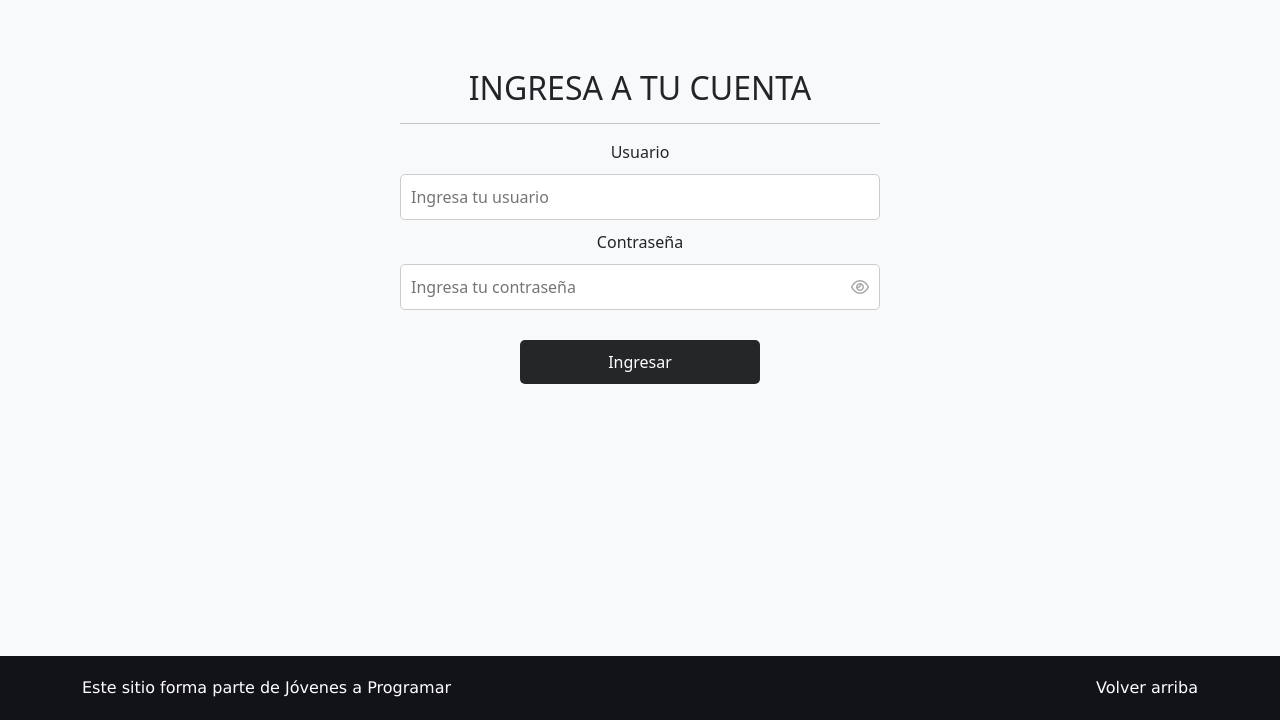
Repository: naticab/proyecto-dw
Page: login.html
These files come from the project's save history. The page is drawn as it stood at one moment and after the next save; the edit follows.
The browser window is 1280 px wide. The pictures show the whole page.
Some web fonts or font styles are not loaded; a fallback is used.

Above is the page before, as saved 2024-09-15 14:20:24.

### login.html
<!DOCTYPE html>
<html lang="es">

<head>
  <meta charset="UTF-8">
  <meta name="viewport" content="width=device-width, initial-scale=1, shrink-to-fit=no">
  <title>eMercado - Todo lo que busques está aquí</title>

  <link href="https://fonts.googleapis.com/css?family=Raleway:300,300i,400,400i,700,700i,900,900i" rel="stylesheet">
  <link href="css/bootstrap.min.css" rel="stylesheet">
  <link href="https://cdn.jsdelivr.net/npm/bootstrap@5.3.0/dist/css/bootstrap.min.css" rel="stylesheet">
  <link href="https://cdn.jsdelivr.net/npm/@fortawesome/fontawesome-free/css/all.min.css" rel="stylesheet">
  <link href="css/styles.css" rel="stylesheet" type="text/css">
  <link rel="stylesheet" href="css/login.css" type="text/css">
  <link href="css/header-and-footer.css" rel="stylesheet">
  <link href="https://fonts.googleapis.com/css2?family=Love+Ya+Like+A+Sister&display=swap" rel="stylesheet">
</head>

<body>

  <main>
    <div class="login-container">
      <h2>INGRESA A TU CUENTA</h2>
      <hr>
      <label for="username">Usuario</label>
      <input type="text" id="username" name="username" placeholder="Ingresa tu usuario">

      <label for="password">Contraseña</label>
      <div class="password-container">
        <input type="password" id="password" name="password" placeholder="Ingresa tu contraseña">
        <i class="far fa-eye" id="togglePassword"></i>
      </div>

      <button type="submit" id="button">Ingresar</button>
    </div>
  </main>

  <footer class="text-center py-2">
    <div class="container">
      <div class="footer-content">
        <p class="footer-text">Este sitio forma parte de <a class="footer-link" href="https://jovenesaprogramar.edu.uy/"
            target="_blank">Jóvenes a Programar</a></p>
        <p class="footer-link-end">
          <a class="footer-link" href="#">Volver arriba</a>
        </p>
      </div>
    </div>
  </footer>

  <script src="js/login.js"></script>
  <script src="js/header-and-footer.js"></script>
</body>

</html>

### css/styles.css
.jumbotron,
.card-body,
.container,
.site-header {
  font-family: 'Verdana', serif !important;
}

.jumbotron .display-4 {
  font-weight: bold;
}

nav a {
  text-decoration: none;
}

.bd-placeholder-img {
  font-size: 1.125rem;
  text-anchor: middle;
  -webkit-user-select: none;
  -moz-user-select: none;
  -ms-user-select: none;
  user-select: none;
}

@media (min-width: 768px) {
  .bd-placeholder-img-lg {
    font-size: 3.5rem;
  }
}

.jumbotron {
  height: 50vh;
  padding: 5em inherit;
  margin-bottom: 0;
  background-color: #53C0FB;
  background: url('../img/cover_back.png');
  background-size: cover;
  background-position: center;
  background-repeat: no-repeat;
  color: black;
  font-weight: bold;
}

@media (min-width: 768px) {
  .jumbotron {
    padding-top: 6rem;
    padding-bottom: 6rem;
  }
}

.jumbotron p:last-child {
  margin-bottom: 0;
}

.jumbotron-heading {
  font-weight: 300;
}

.jumbotron .container {
  max-width: 40rem;
  background-color: rgba(255, 255, 255, 0.5);
  border-radius: 10px;
  text-shadow: 1px 1px 2px grey;
}

.jumbotron .lead {
  font-size: 38px;
}

.dropzone {
  border: 2px dashed #0087F7;
  border-radius: 5px;
  background: white;
}

.img-fit {
  max-height: 100%;
}

.alert {
  position: fixed;
  top: 80px;
  width: 50%;
  left: 50%;
  transform: translate(-50%, 0);
}

.lds-ring {
  display: inline-block;
  position: relative;
  width: 64px;
  height: 64px;
  top: 50%;
  left: 50%;
}

.cursor-active {
  cursor: pointer;
}

.left {
  float: left;
  padding: 4px;
  background-color: rgba(255, 255, 255, 0.5);
}

.lds-ring div {
  box-sizing: border-box;
  display: block;
  position: absolute;
  width: 51px;
  height: 51px;
  margin: 6px;
  border: 6px solid #fff;
  border-radius: 50%;
  animation: lds-ring 1.2s cubic-bezier(0.5, 0, 0.5, 1) infinite;
  border-color: #fff transparent transparent transparent;
}

.lds-ring div:nth-child(1) {
  animation-delay: -0.45s;
}

.lds-ring div:nth-child(2) {
  animation-delay: -0.3s;
}

.lds-ring div:nth-child(3) {
  animation-delay: -0.15s;
}

@keyframes lds-ring {
  0% {
    transform: rotate(0deg);
  }

  100% {
    transform: rotate(360deg);
  }
}

.signin {
  width: 100%;
  max-width: 330px;
  padding: 15px;
  margin: auto;
}

#spinner-wrapper {
  position: fixed;
  background-color: rgba(0, 0, 0, 0.5);
  width: 100%;
  height: 100%;
  top: 0;
  left: 0;
  z-index: 1021;
  display: none;
}

main {
  min-height: calc(100vh - 210px);
}

a.custom-card,
a.custom-card:hover {
  color: inherit;
  text-decoration: inherit;
}

.checked {
  color: orange;
}

### css/login.css
body {
    display: flex;
    flex-direction: column;
    justify-content: center;
    align-items: center;
    height: 90vh;
    background-color: #f8f9fa;
    text-align: center;
}

.login-container {
    width: 30em;
}

input {
    width: 100%;
    padding: 10px;
    margin: 10px 0;
    border-radius: 5px;
    border: 1px solid #ccc;
}

.password-container {
    position: relative;
}

.password-container i {
    position: absolute;
    right: 10px;
    top: 50%;
    transform: translateY(-50%);
    cursor: pointer;
    color: #aaa;
}

button {
    width: 50%;
    padding: 10px;
    margin-top: 20px;
    border: none;
    border-radius: 5px;
    background-color: #252628;
    color: white;
    cursor: pointer;
}

button:hover {
    background-color: #3f3f3f;
}

footer {
    position: fixed;
    bottom: 0;
    left: 0;
    width: 100%;
    padding-top: 1rem;
    padding-bottom: 1rem;
    background-color: #f8f9fa;
    text-align: center;
}

@media (max-width: 768px) {
    .login-container {
        width: 25em;
    }
}

@media (max-width: 576px) {

    body {
        background-color: #AAA8A4;
    }

    .login-container {
        width: 20em;
        padding: 15px;
    }

    button {
        width: 50%;
    }

    input {
        margin: 5px 0;
    }

    footer {
        visibility: hidden;
    }
}

### css/header-and-footer.css
header {
    background: #121219;
    color: #fff;
    position: relative;
}

h1 {
    font-family: "Love Ya Like A Sister", cursive;

}

a.nav-link {
    color: #f1f1f1;
}

a.nav-link:hover {
    color: #9b9a9b;
    transition: color 0.3s, text-shadow 0.3s;
    transform: scale(1.05);
}

/* Espaciado entre los elementos del menú */
.navbar-nav .nav-item {
    margin-right: 40px;
}

.navbar-nav .nav-item:last-child {
    margin-right: 0; /* Quitar margen derecho al último elemento */
}

#user-name.nav-link {
    color: #f1f1f1;
}

#user-name.nav-link:hover {
    color: #9b9a9b;
    transform: scale(1.05);
    transition: color 0.3s, text-shadow 0.3s;
}

.navbar-collapse {
    justify-content: flex-end;
}

.navbar-toggler:hover {
    cursor: pointer;
}

@media (max-width: 995px) {

    .navbar-collapse {
        display: none;
        position: absolute;
        top: 100%;
        left: -40px;
        width: 240%;
        z-index: 999;
        flex-direction: column-reverse;
        align-items: center;
justify-content: center;    }

    .navbar-collapse.show {
        display: flex;
    }

    .navbar-nav {
        background: #121219;
        color: #fff;
        padding: 1.5rem;
        border-radius: 0 0 100px 100px;
        font-weight: bold;
        text-align: center;
        display: flex;
        justify-content: center; /* Centra horizontalmente todos los li */
        align-items: center; /* Centra verticalmente los li */
        width: 100%;
    }

    .navbar-toggler-icon {
        background-image: url('data:[embedded picture, 238 characters]');
        filter: brightness(0) invert(1); /* Cambia el icono a blanco */
    }


    .navbar-nav:hover {
        cursor: pointer;
    }

    a.nav-link:hover {
        color: #9b9a9b;
        transition: color 0.3s, text-shadow 0.3s;
        transform: scale(1.05);
    }

    .navbar-nav .nav-item {
        margin: 10px 0;
    }
}


footer {
    background: #121219;
    color: #fff;
    min-height: 4rem;
    display: flex;
    justify-content: center;
    align-items: center;
    padding: 0 1rem; /* Ajusta el padding si es necesario */
}

.container {
    width: 100%;
}

.footer-content {
    display: flex;
    justify-content: space-between;
    width: 100%;
    align-items: center;
}

.footer-text {
    margin: 0;
    text-align: center;
}

.footer-link-end {
    margin: 0;
    text-align: right;
}

.footer-link {
    color: #fff;
    text-decoration: none;
}

.footer-link:hover {
    color: #9b9a9b;
    transition: color 0.3s, text-shadow 0.3s;
    transform: scale(1.05);
}

### js/login.js
document.getElementById('togglePassword').addEventListener('click', function () {
    const passwordField = document.getElementById('password');
    const type = passwordField.getAttribute('type') === 'password' ? 'text' : 'password';
    passwordField.setAttribute('type', type);

    this.classList.toggle('fa-eye-slash');
});

### js/header-and-footer.js
document.addEventListener('click', function(event) {
    var navbar = document.querySelector('.navbar-collapse');
    var toggler = document.querySelector('.navbar-toggler');

    // Si el menú está abierto y se hace clic fuera de él, lo cierra
    if (navbar.classList.contains('show') && !navbar.contains(event.target) && !toggler.contains(event.target)) {
        var bsCollapse = new bootstrap.Collapse(navbar, {
            toggle: false
        });
        bsCollapse.hide();
    }
});

// Cerrar el menú automáticamente al hacer clic en cualquier enlace
var navLinks = document.querySelectorAll('.nav-link');
navLinks.forEach(function(link) {
    link.addEventListener('click', function() {
        var navbar = document.querySelector('.navbar-collapse');
        var bsCollapse = new bootstrap.Collapse(navbar, {
            toggle: false
        });
        bsCollapse.hide();
    });
});

Loaded but not shown: css/bootstrap.min.css (library)

After the next save:
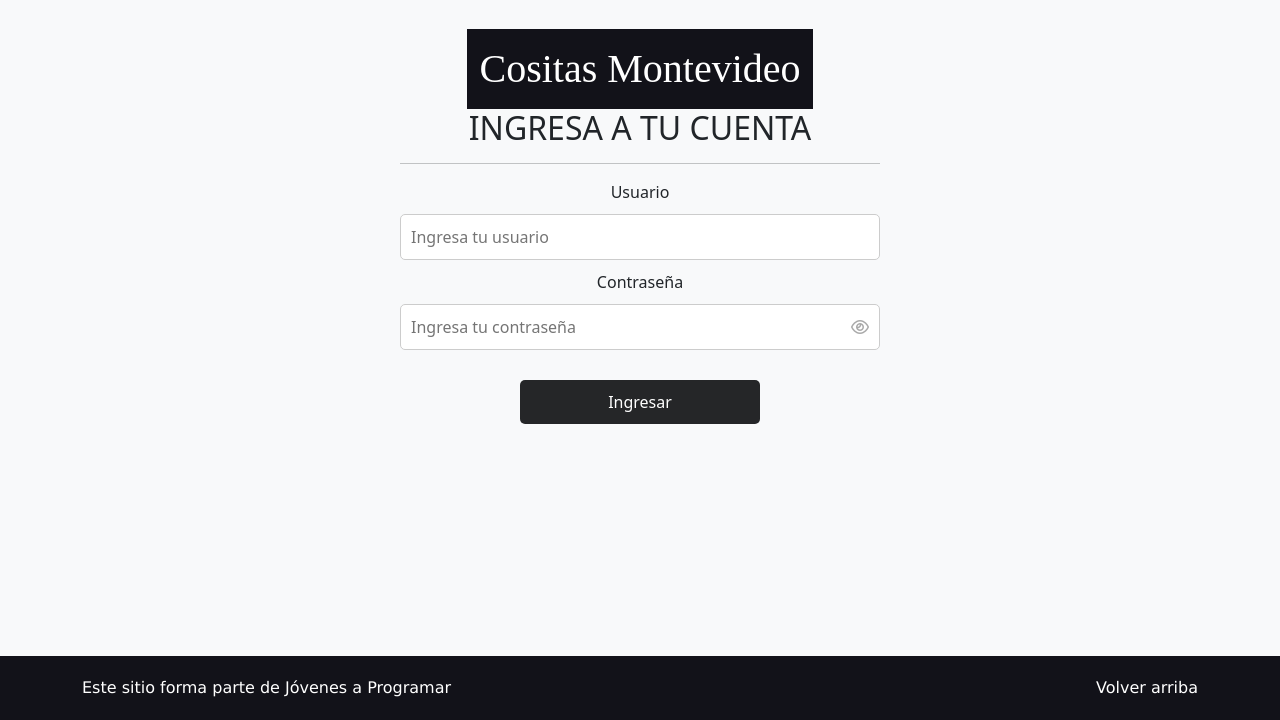
Saved 86 s later.
--- a/login.html
+++ b/login.html
@@ -17,6 +17,12 @@
 </head>
 
 <body>
+
+  <header class="py-3">
+    <div class="container d-flex justify-content-around align-items-center">
+      <h1 class="m-0">Cositas Montevideo</h1>
+    </div>
+  </header>
 
   <main>
     <div class="login-container">
